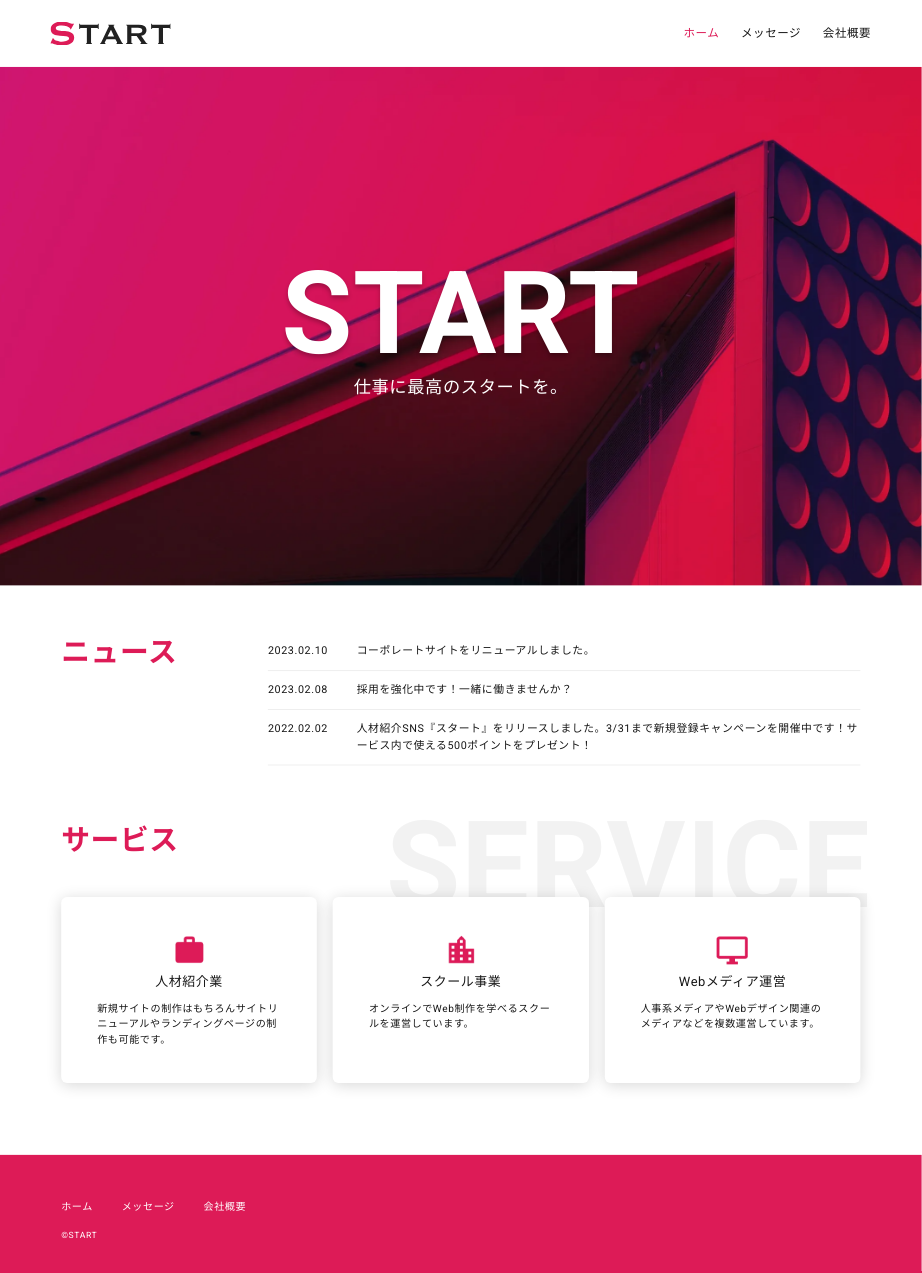
Repository: tetishi/tetishi.github.io
Page: index.html
These files come from the project's save history. The page is drawn as it stood at one moment and after the next save; the edit follows.
The browser window is 1280 px wide. The pictures show the whole page, at 72% of full size.

Above is the page before, as saved 2023-07-02 21:02:05.

### index.html
<!DOCTYPE html>
<html lang="en">
<head>
    <meta charset="UTF-8">
    <meta http-equiv="X-UA-Compatible" content="IE=edge">
    <meta name="viewport" content="width=device-width, initial-scale=1.0">
    <title>Start</title>
    <!-- <link rel="stylesheet" type="text/css" href="http://yui.yahooapis.com/3.18.1/build/cssreset/cssreset-min.css"> -->
    <link rel="preconnect" href="https://fonts.googleapis.com">
    <link rel="preconnect" href="https://fonts.gstatic.com" crossorigin>
    <link href="https://fonts.googleapis.com/css2?family=Noto+Sans+JP:wght@500;700&family=Roboto:wght@400;700&display=swap" rel="stylesheet">
    <link rel="icon" href="img/favicon.ico">
    <link rel="stylesheet" href="./css/reset.css">
    <link rel="stylesheet" href="./css/style.css">
</head>
<body>
    <header class="header">
        <div class="header-inner">
            <h2 class="nav-title">
                <a href="./index.html">
                    <img src="img/logo.svg" alt="START">
                </a>
            </h2>
            <nav class="header-nav">
                <ul class="header-list">
                    <li class="header-item">
                        <a href="./index.html" class="text-red">ホーム</a>
                    </li>
                    <li class="header-item">
                        <a href="./message.html">メッセージ</a>
                    </li>
                    <li class="header-item">
                        <a href="./company.html">会社概要</a>
                    </li>
                </ul>
            </nav>
            <button class="hamburger-btn">
                <span class="bar bar_top"></span>
                <span class="bar bar_mid"></span>
                <span class="bar bar_bottom"></span>
            </button>
        </div>
    </header>

    <main>
        <!-- fv -->
        <div class="fv">
            <div class="fv_img">
                <picture>
                    <source srcset="./img/fv.webp" type="image/webp">
                    <img src="./img/fv.jpg" alt="STARTの赤いイメージ背景">
                </picture>
            </div>
            <div class="sp_fv_img">
                <picture>
                    <source srcset="./img/sp_fv.webp" type="image/webp">
                    <img src="./img/sp_fv.jpg" alt="STARTの赤いイメージ背景">
                </picture>
            </div>
            <!-- page-title-wrapper -->
            <div class="page-title-wrapper">
                <h1 class="page-title">START</h1>
                <div class="page-title-bottom">仕事に最高のスタートを。</div>
                <!-- /.page-title-bottom -->
            </div>
        </div>

        <!-- news -->
        <section id="news" class="section-wrapper news-wrapper">
            <div class="section-inner news-inner">
                <h2 class="section-title news-title">
                    ニュース
                </h2>
                <div class="news-container">
                    <ul class="news-list">
                        <li class="news-item">
                            <time datetime="2023.02.10">2023.02.10</time>
                            <a href="#news">コーポレートサイトをリニューアルしました。</a>
                        </li>
                        <li class="news-item">
                            <time datetime="2023.02.08">2023.02.08</time>
                            <a href="#news">採用を強化中です！一緒に働きませんか？</a>
                        </li>
                        <li class="news-item">
                            <time datetime="2022.02.02">2022.02.02</time>
                            <a href="#news">人材紹介SNS『スタート』をリリースしました。3/31まで新規登録キャンペーンを開催中です！サービス内で使える500ポイントをプレゼント！</a>
                        </li>
                    </ul>
                </div>
                <!-- /.news-container -->
            </div>
            <!-- /.section-inner -->
        </section>

        <!-- service -->
        <section id="service" class="section-wrapper service-wrapper">
            <div class="section-inner">
                <h2 class="section-title text-right text-white">サービス</h2>
                <h2 class="upper-text text-white">SERVICE</h2>
                <ul class="service-list">
                    <li class="service-item">
                            <picture>
                                <source srcset="./img/bag.webp" type="image/webp">
                                <img src="./img/bag.png" alt="手提げ鞄">
                            </picture>
                            <h3 class="service-item-title">人材紹介業</h3>
                            <p class="service-item-text">
                                新規サイトの制作はもちろんサイトリニューアルやランディングページの制作も可能です。
                            </p>
                    </li>
                    <li class="service-item">
                            <picture>
                                <source srcset="./img/school.webp" type="image/webp">
                                <img src="./img/school.png" alt="スクール">
                            </picture>
                            <h3 class="service-item-title">スクール事業</h3>
                            <p class="service-item-text">
                                オンラインでWeb制作を学べるスクールを運営しています。
                            </p>
                    </li>
                    <li class="service-item">
                            <picture>
                                <source srcset="./img/web.webp" type="image/webp">
                                <img src="./img/web.png" alt="モニター">
                            </picture>
                            <h3 class="service-item-title">Webメディア運営</h3>
                            <p class="service-item-text">
                                人事系メディアやWebデザイン関連のメディアなどを複数運営しています。
                            </p>
                    </li>
                </ul>
            </div>
            <!-- /.section-inner -->
        </section>

    </main>


    <footer class="footer">
        <div class="section-inner">
            <nav class="footer-nav">
                <ul class="footer-nav-list">
                    <li class="footer-nav-item"><a href="./index.html">ホーム</a></li>
                    <li class="footer-nav-item"><a href="./message.html">メッセージ</a></li>
                    <li class="footer-nav-item"><a href="./company.html">会社概要</a></li>
                </ul>
            </nav>
            <small>&copy;START</small>
        </div>
    </footer>

    <script src="https://ajax.googleapis.com/ajax/libs/jquery/3.6.0/jquery.min.js"></script>
    <script src="js/script.js"></script>
</body>
</html>

### css/reset.css
/*
html5doctor.com Reset Stylesheet
v1.6.1
Last Updated: 2010-09-17
Author: Richard Clark - http://richclarkdesign.com
Twitter: @rich_clark
*/

* {
    box-sizing: border-box;
}

html,
body,
div,
span,
object,
iframe,
h1,
h2,
h3,
h4,
h5,
h6,
p,
blockquote,
pre,
abbr,
address,
cite,
code,
del,
dfn,
em,
img,
ins,
kbd,
q,
samp,
small,
strong,
sub,
sup,
var,
b,
i,
dl,
dt,
dd,
ol,
ul,
li,
fieldset,
form,
label,
legend,
table,
caption,
tbody,
tfoot,
thead,
tr,
th,
td,
article,
aside,
canvas,
details,
figcaption,
figure,
footer,
header,
hgroup,
menu,
nav,
section,
summary,
time,
mark,
ruby,
audio,
video {
    margin: 0;
    padding: 0;
    border: 0;
    outline: 0;
    font-size: 100%;
    vertical-align: baseline;
    background: transparent;
}

body {
    line-height: 1.5;
}

img {
    width: 100%;
    height: auto;
    object-fit: cover;
}

button {
    background-color: transparent;
    border: none;
    cursor: pointer;
    outline: none;
    padding: 0;
    appearance: none;
}

article,
aside,
details,
figcaption,
figure,
footer,
header,
hgroup,
menu,
nav,
section {
    display: block;
}

nav ul {
    list-style: none;
}

li {
    list-style: none;
}

a {
    margin: 0;
    padding: 0;
    font-size: 100%;
    vertical-align: baseline;
    background: transparent;
}

input,
select {
    vertical-align: middle;
}

/*end reset css*/

### css/style.css
/* base */

html {
    font-size: 62.5%;
}
body {
    font-size: 1.6rem;
    letter-spacing: .05em;
    color: #171717;
    font-family: "Roboto", "Noto Sans JP", Arial, "Hiragino Kaku Gothic ProN", "Hiragino Sans", Meiryo, sans-serif;
}
img {
    vertical-align: bottom;
}
.section-inner {
    max-width: 1110px;
    margin: 0 auto;
}
.section-title {
    font-size: 4rem;
    color: #DD1B57;
    margin-bottom: 49px;
    width: 25%;
}
a {
    color: inherit;
    text-decoration: none;
}

.text-red {
    color: #DD1B57;
}

/* header */
.header {
    padding: 30px 70px;
    width: 100%;
}

.header a {
    text-decoration: none;
}
.header-inner {
    display: flex;
    justify-content: space-between;
    align-items: center;
}
.header-list {
    display: flex;
}
.header-item {
    margin-right: 30px;
}
.header-item:last-of-type {
    margin-right: 0;
}
.hamburger-btn {
    display: none;
}

/* fv */
.fv {
    height: 100vh;
    min-height: 550px;
    position: relative;
}
.fv img {
    height: 100vh;
    min-height: 550px;
    object-fit: cover;
}
.sp_fv_img {
    display: none;
}
.page-title-wrapper {
    position: absolute;
    left: 50%;
    top: 50%;
    color: #fff;
    transform: translate(-50%,-50%);
    line-height: 1;
}
.page-title {
    font-size: 16rem;
    font-weight: bold;
    margin-bottom: 10px;
    text-shadow: 0 4px 6px rgb(0 0 0 / 25%);
}
.page-title-bottom {
    font-size: 24px;
    text-align: center;
}

/* news */
.news-wrapper {
    margin: 64px 0 74px 0;
}
.news-inner {
    display: flex;
    column-gap: 88px;
}
.news-item {
    padding: 15px 0 16px 0;
    border-bottom: 1px solid #E8E8E8;
    display: flex;
    font-size: 1.5rem;
}
.news-item a {
    margin-left: 40px;
}

/* service */
.service-wrapper {
    margin-bottom: 100px;
}
.service-wrapper .section-inner {
    position: relative;
}
.upper-text {
    position: absolute;
    right: -14px;
    top: -60px;
    font-size: 16.8rem;
    font-weight: bold;
    color: #171717;
    margin: 0 auto;
    opacity: .05;
    z-index: 0;
}
.service-list {
    display: flex;
    justify-content: space-between;
    position: relative;
    z-index: 1;
}
.service-item {
    width: 32%;
    background-color: #fff;
    box-shadow: 0 3px 21px rgba(0, 0, 0, .16);
    border-radius: 8px;
}
.service-item img {
    width: 48px;
    display: block;
    margin: 0 auto;
    padding-top: 50px;
}
.service-item-title {
    text-align: center;
    font-size: 1.8rem;
    font-weight: normal;
    margin-top: 5px;
}
.service-item-text {
    padding: 15px 50px 50px 50px;
    font-size: 1.4rem;
}

/* footer */
.footer {
    background-color: #DD1B57;
    color: #fff;
    height: 164px;
}
.footer-nav-list {
    display: flex;
    font-size: 1.4rem;
    padding: 61px 0 17px;
}
.footer-nav-item {
    margin-right: 40px;
}
small {
    font-size: 1.2rem;
    margin-bottom: 50px;
}

@media screen and (max-width: 768px) {
    /* base_sp */
    .section-inner {
        padding: 0 20px;
    }
    .section-title {
        font-size: 3.2rem;
        margin-bottom: 19px;
        width: 100%;
    }

    /* header_sp */
    .header {
        padding: 0;
        z-index: 1;
        position: relative;
    }
    .nav-title {
        padding: 22px 20px;
    }
    .header-nav {
        display: none;
        position: fixed;
        top: 0;
        right: 0;
        width: 50%;
        height: 100vh;
        background-color: #DD1B57;
    }
    .header-list {
        height: 100%;
        flex-direction: column;
        padding: 96px 0 0 40px;
    }
    .text-red {
        color: #fff;
        opacity: .5;
    }
    .header-item {
        margin: 0 0 27px;
        color: #fff;
    }
    .header-item:last-of-type {
        margin-bottom: 0;
    }
    .hamburger-btn {
        display: block;
        background-color: #DD1B57;
        padding: 26px 16px;
        width: 60px;
    }
    .hamburger-btn .bar {
        display: block;
        width: 26px;
        height: 3px;
        background-color: #fff;
        transition: .3s;
    }
    .bar_mid,
    .bar_bottom {
        margin-top: 8px;
    }
    .hamburger-btn.cross .bar_top {
        transform: rotate(45deg) translate(8px, 8px);
        transition: .3s;
    }
    .hamburger-btn.cross .bar_middle {
        opacity: 0;
        transition: .3s;
    }
    .hamburger-btn.cross .bar_bottom {
        transform: rotate(-45deg) translate(8px, -8px);
        transition: .3s;
    }
    body.noscroll {
        overflow: hidden;
    }

    /* fv_sp */
    .fv_img {
        display: none;
    }
    .sp_fv_img {
        display: block;
    }
    .page-title {
        font-size: 8rem;
        font-weight: bold;
    }
    .page-title-bottom {
        font-size: 2rem;
    }

    /* news_sp */
    .news-wrapper {
        margin: 33px 0 58px 0;
    }
    .news-inner {
        display: block;
    }
    .news-item {
        flex-flow: column;
        padding: 20px 0 16px 0;
    }
    .news-item:first-child {
        padding: 0 0 16px 0;
    }
    .news-item a {
        margin-left: 0px;
        margin-top: 7px;
    }

    /* service_sp */
    .service-wrapper {
        margin-bottom: 60px;
    }
    .upper-text {
        right: 4px;
        top: -5px;
        font-size: 7rem;
    }
    .service-list {
        display: block;
    }
    .service-item {
        width: 100%;
        margin-bottom: 20px;
    }
    .service-item img {
        width: 60px;
        padding-top: 40px;
    }
    .service-item-title {
        margin-top: 7px;
    }
    .service-item-text {
        padding: 10px 30px 40px 30px;
    }

    /* footer_sp */
    .footer {
        height: 120px;
    }
    .footer-nav-list {
        font-size: 1.2rem;
        padding: 41px 0 19px;
    }
    .footer-nav-item {
        margin-right: 25px;
    }
    small {
        font-size: 1rem;
        margin-bottom: 29px;
    }
}

### js/script.js
//ハンバーガーボタン
$('.hamburger-btn').on('click', function() {
    $('.header-nav').fadeToggle(300);
    $(this).toggleClass('cross');
    $('body').toggleClass('noscroll');
});

After the next save:
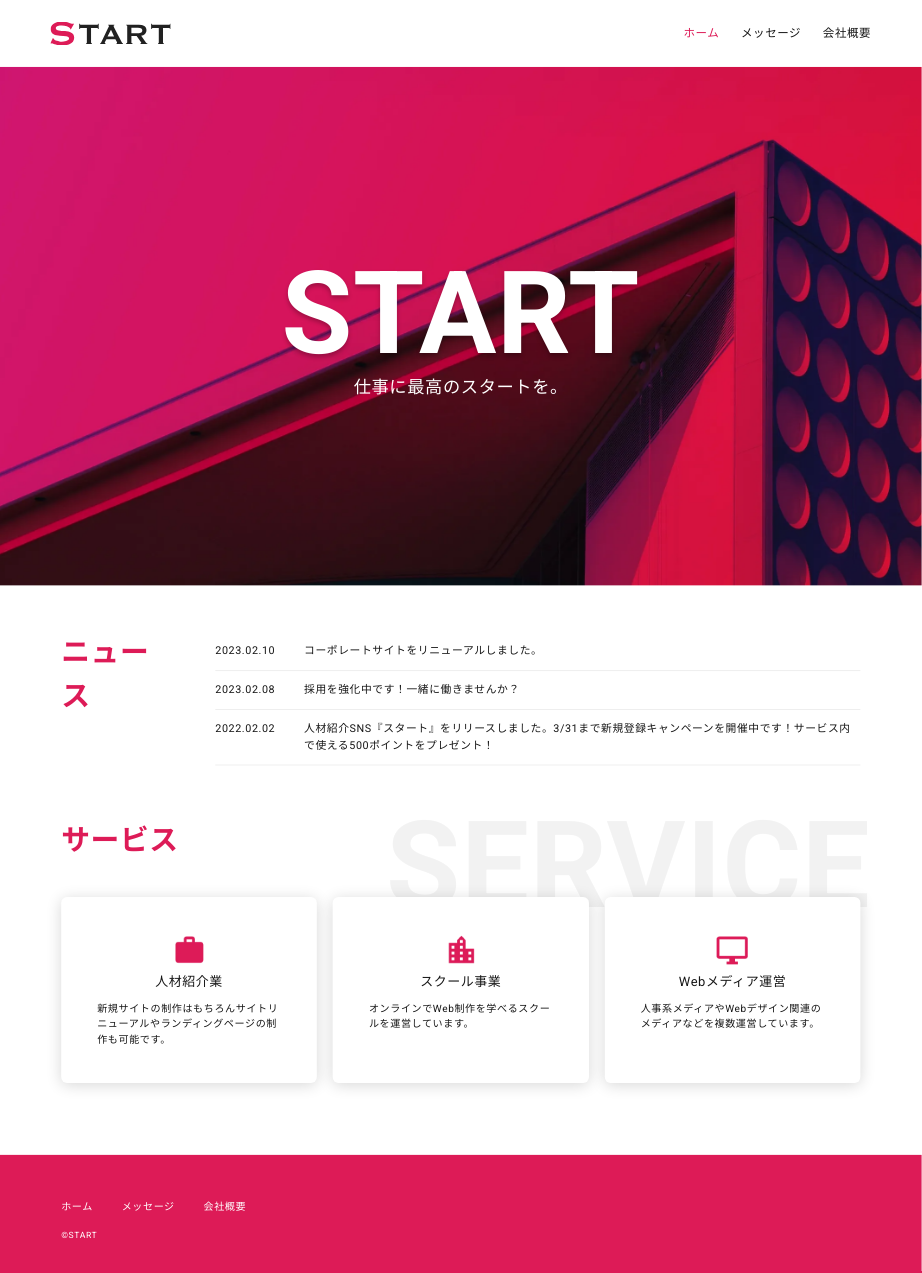
Saved 68 s later.
--- a/css/style.css
+++ b/css/style.css
@@ -20,7 +20,7 @@ img {
     font-size: 4rem;
     color: #DD1B57;
     margin-bottom: 49px;
-    width: 25%;
+    /* width: 25%; */
 }
 a {
     color: inherit;
